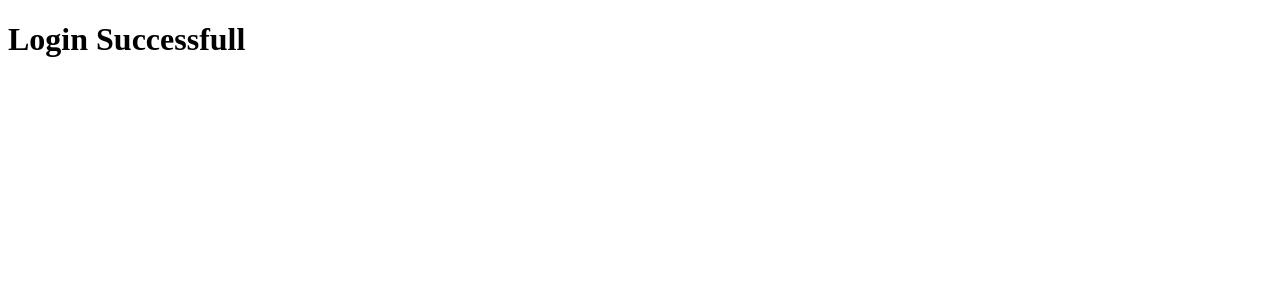
Repository: kkale14/My_allpr
Page: Kalyani1/src/main/webapp/Next1.html
An editor plug-in stored every save of this project. The page is shown before and after the next save, followed by the edit.
The browser window is 1280 px wide. The pictures show the whole page.

Above is the page before, as saved 2025-03-03 09:59:52.

After the next save:
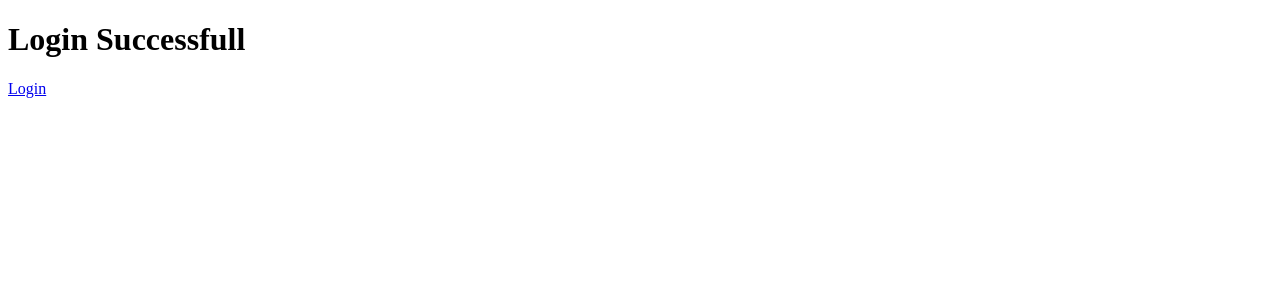
Saved 20 s later.
--- a/Kalyani1/src/main/webapp/Next1.html
+++ b/Kalyani1/src/main/webapp/Next1.html
@@ -7,6 +7,6 @@
 <body>
 
 <h1>Login Successfull</h1>
-
+ <a   value="login" href="Next1.html" > Login</a>
 </body>
 </html>
